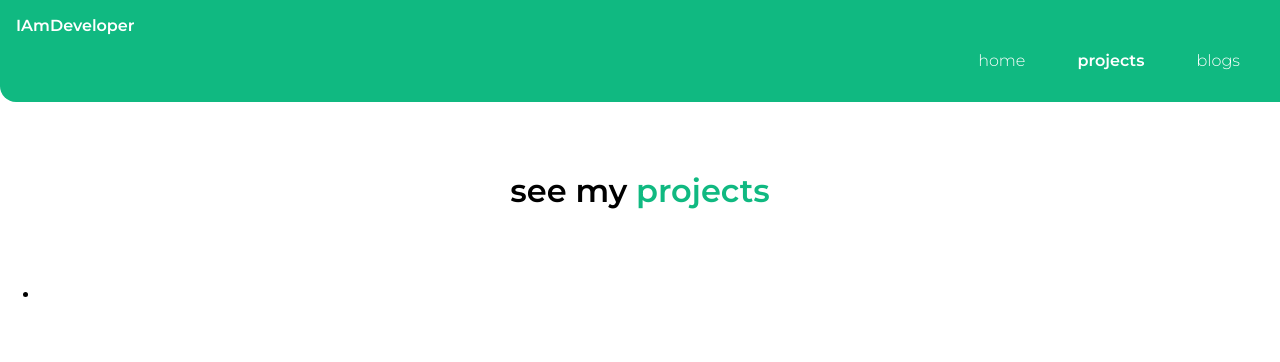
Repository: sohan2503001/Portfolio
Page: projects.html
The author's editor kept a copy of each file at every save. The page is drawn from the files as they stood at one save, then again after a run of saves.
The browser window is 1280 px wide. The pictures show the whole page.

Above is the page before, as saved 2021-03-27 19:27:52.

After the next 2 saves:
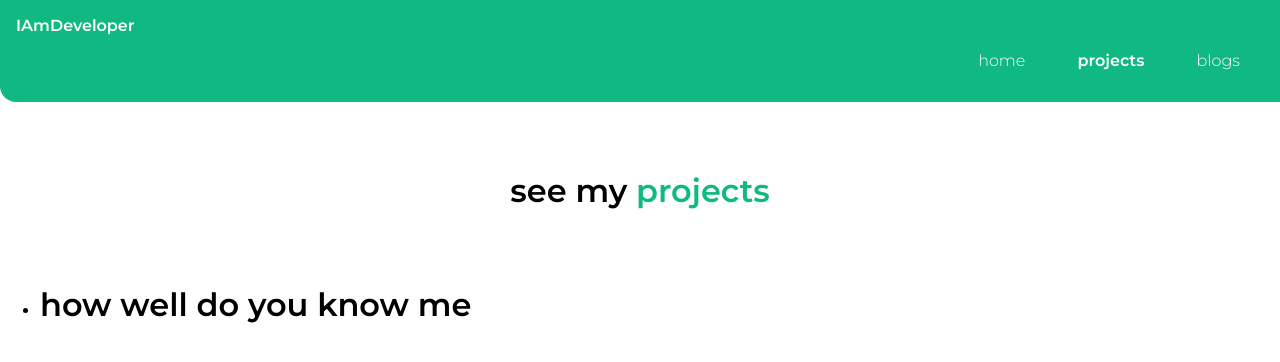
The 2 saves are shown as one change because they came seconds apart.
The last was saved 11 s later.
--- a/projects.html
+++ b/projects.html
@@ -31,7 +31,7 @@
     <ul reversed>
 
         <li>
-            <h1></h1>
+            <h1>how well do you know me</h1>
         </li>
     </ul>
 
